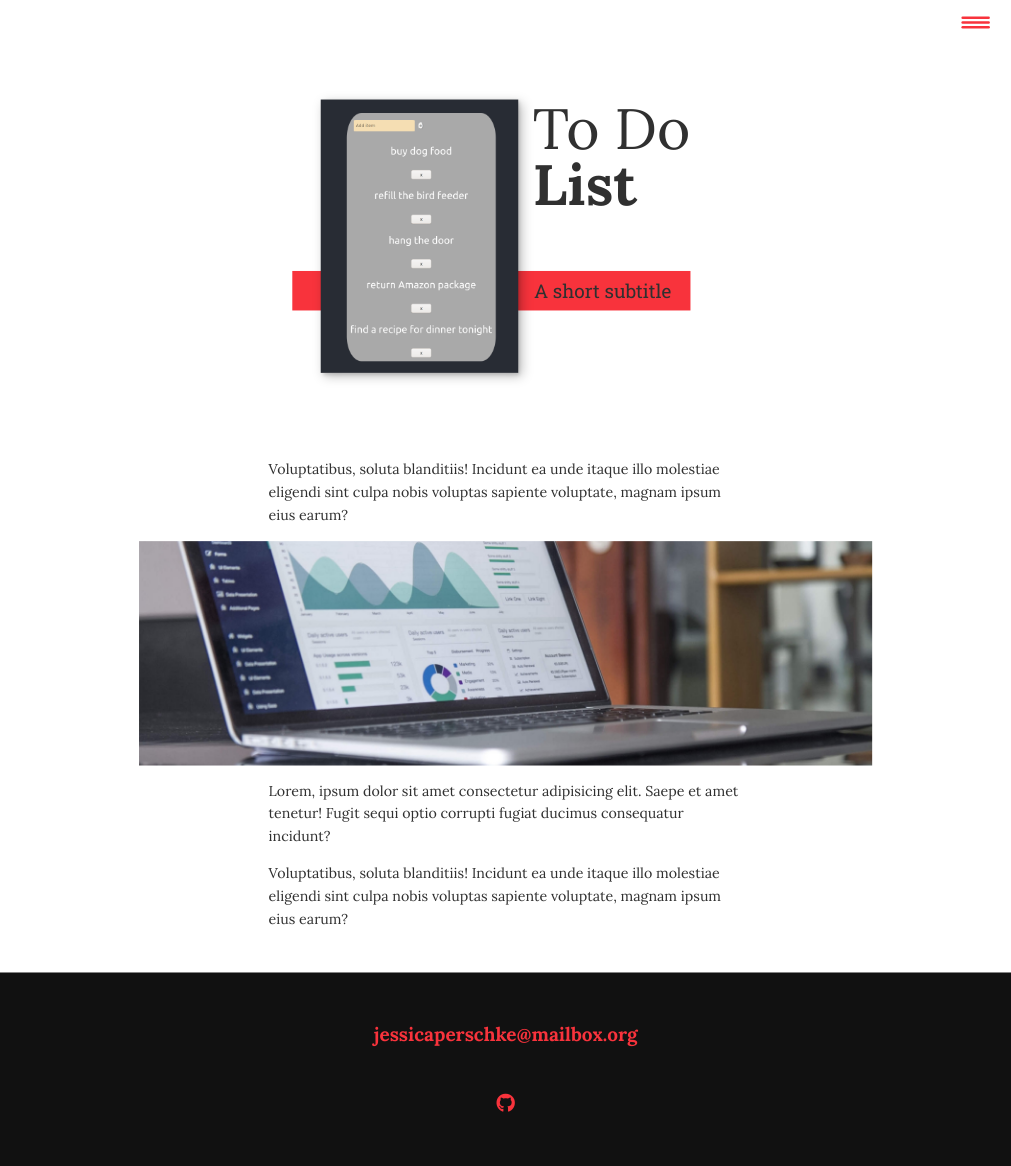
Repository: DinoDime/site
Page: portfolio-item2.html
The author's editor kept a copy of each file at every save. The page is drawn from the files as they stood at one save, then again after the next save.
The browser window is 1280 px wide. The pictures show the whole page, at 79% of full size.
Some web libraries are served in a nearby version.

Above is the page before, as saved 2021-05-03 06:31:52.

After the next save:
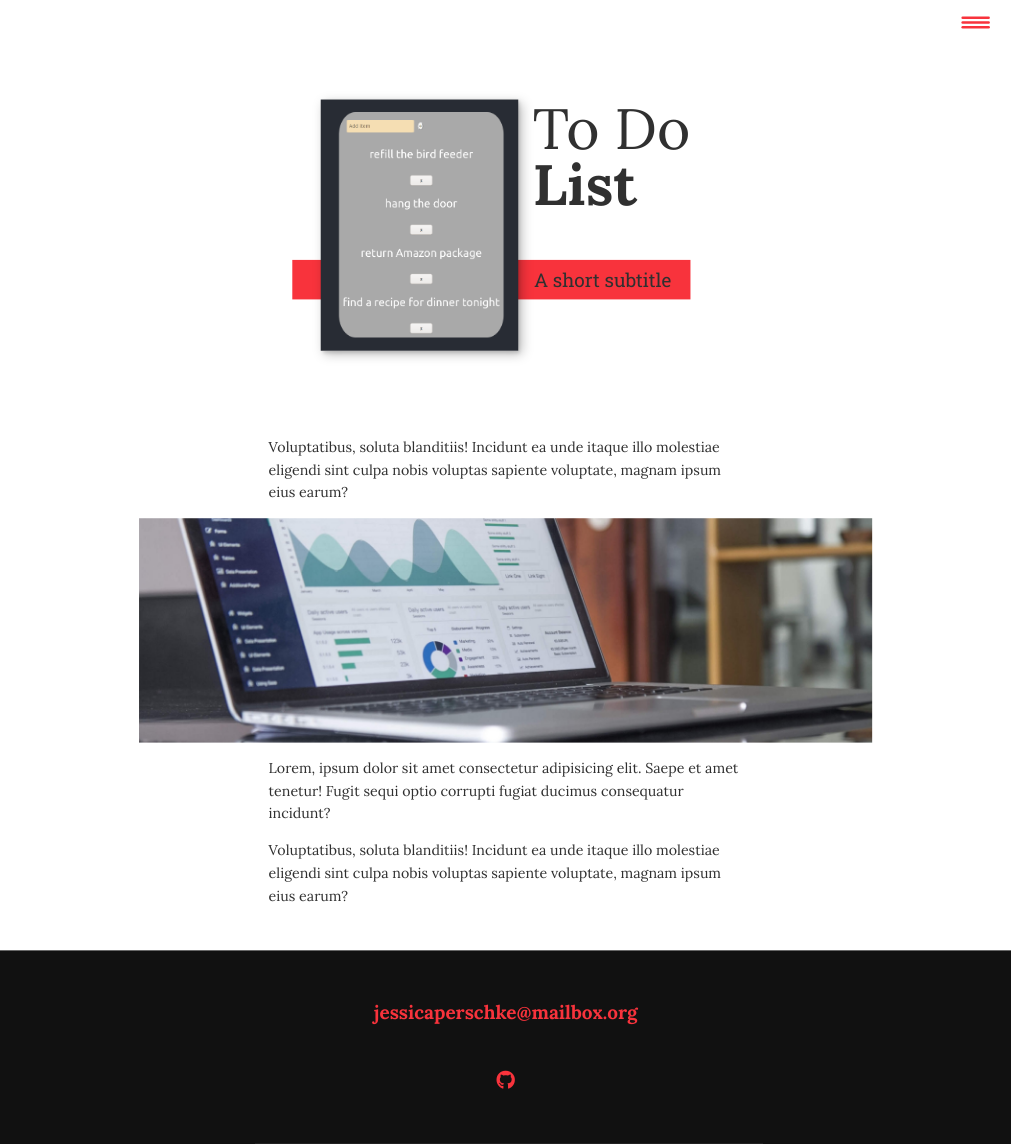
Saved 23 s later.
--- a/portfolio-item2.html
+++ b/portfolio-item2.html
@@ -56,7 +56,7 @@
         To Do <strong>List</strong>
       </h1>
       <p class="section__subtitle section__subtitle--intro">A short subtitle</p>
-      <img src="img/todo.png" alt="" class="intro__img" />
+      <img src="img/todo2.png" alt="" class="intro__img" />
     </section>
 
     <div class="portfolio-item-individual">
